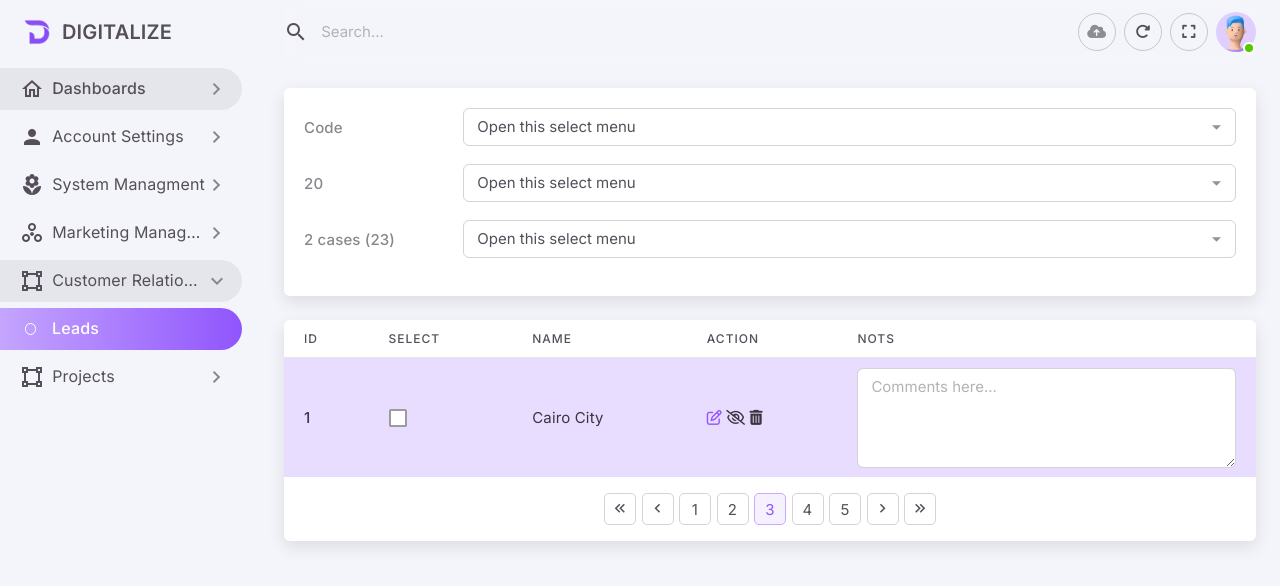
Repository: FadyFathey/sales-crm
Page: html/project-list.html
These files come from the project's save history. The page is drawn as it stood at one moment and after the next save; the edit follows.
The browser window is 1280 px wide. The pictures show the whole page.
Some icons come from a web library that is not loaded, so they are not drawn. Some web libraries are served in a nearby version.

Above is the page before, as saved 2024-10-09 14:08:53.
Console error: ReferenceError: d3 is not defined

After the next save:
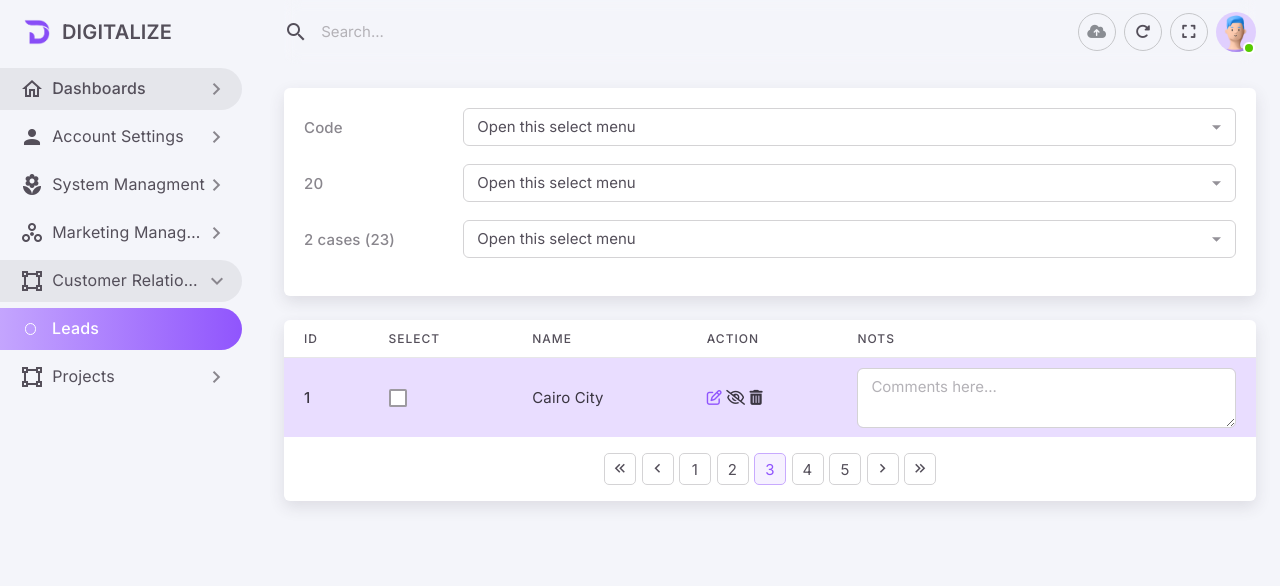
Saved 10 s later.
--- a/html/project-list.html
+++ b/html/project-list.html
@@ -408,7 +408,7 @@
                                                 <i style="cursor: pointer;" class="fa-solid fa-trash-can"></i>
                                             </td>
                                             <td>
-                                                <textarea  hie class="form-control h-px-100" id="exampleFormControlTextarea1"
+                                                <textarea  hie class="form-control h-px-" id="exampleFormControlTextarea1"
                                                     placeholder="Comments here..."></textarea>
                                             </td>
                                         </tr>
